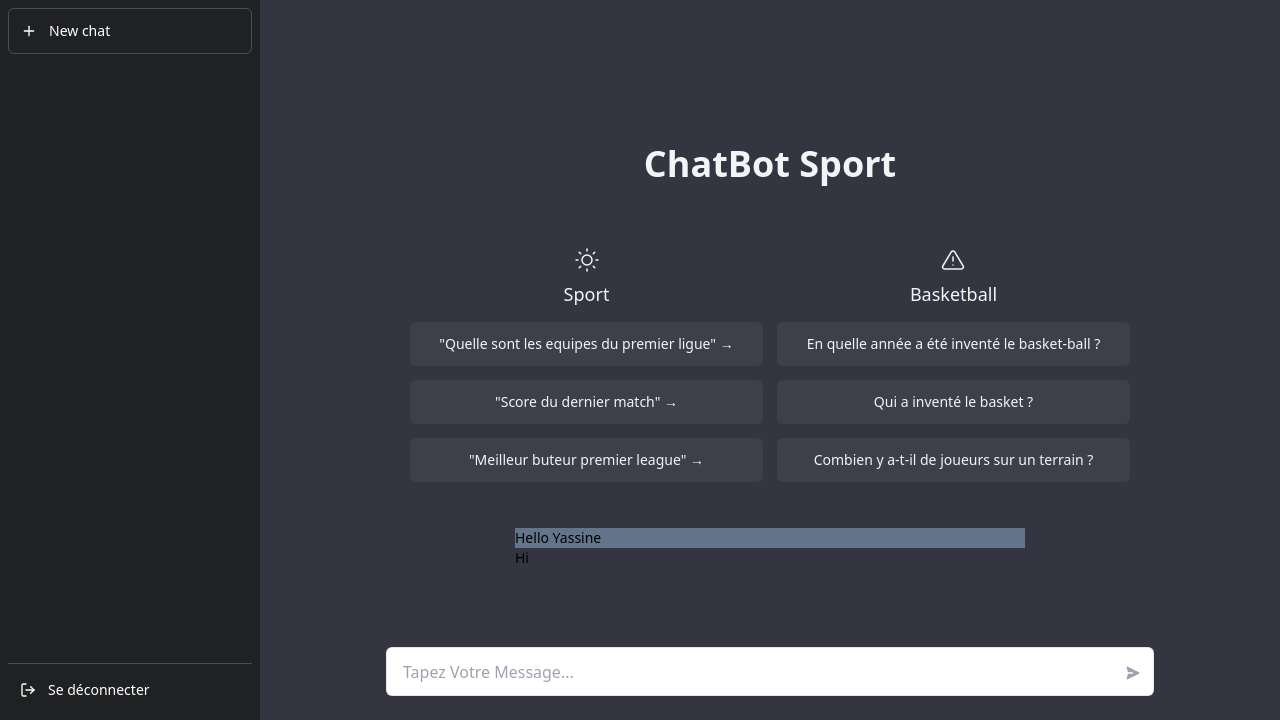
Repository: HaithemBenSlama/chatbot-front
Page: /, after clicking the first element matching `button.sc-gsFSXq`
These files come from the project's save history. The page is drawn as it stood at one moment and after the next save; the edit follows.
The browser window is 1280 px wide. The pictures show the whole page.
The project was rebuilt for these pictures with package versions that can differ from the ones it lists, and the page was loaded fresh each time. Also part of the build but not shown: src/constants/svg/lightningChargeIcon.js, src/constants/svg/externalLinkIcon.js, src/constants/svg/discordIcon.js, src/constants/svg/menuIcon.js, src/Components/Login/form-input.css.

Above is the page before, as saved 2023-05-01 22:07:20.

After the next save:
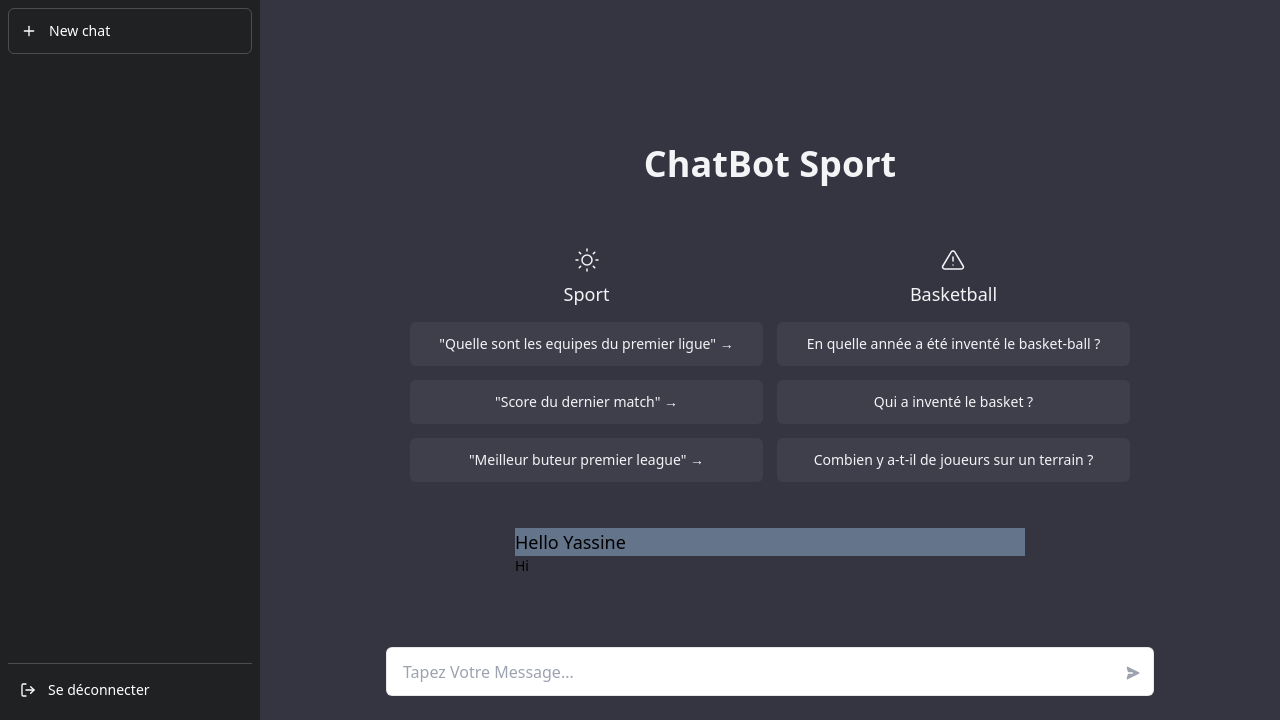
Saved 20 s later.
--- a/src/Components/main/RightSection/index.js
+++ b/src/Components/main/RightSection/index.js
@@ -61,7 +61,7 @@ const RightSection = () => {
               </div>
             </div>
             <div className="w-1/2 h-48 flex-shrink-0">
-              <p className="bg-slate-500">Hello Yassine</p>
+              <p className="bg-slate-500 text-justify text-lg">Hello Yassine</p>
               <p>Hi</p>
             </div>
           </div>
